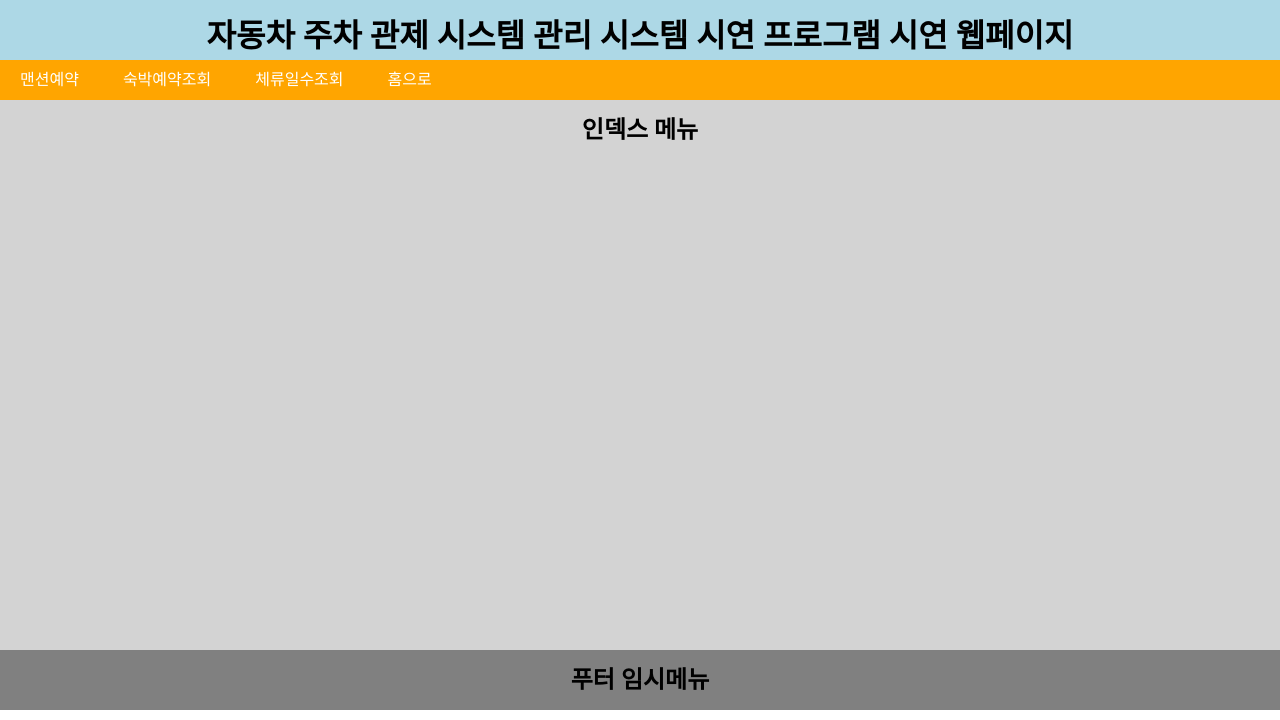
Repository: Ghraminal/mytest
Page: http://localhost/farking/
The author's editor kept a copy of each file at every save. The page is drawn from the files as they stood at one save, then again after the next save.
The browser window is 1280 px wide. The pictures show the whole page.
The page is served by Tomcat 9.

Above is the page before, as saved 2025-08-18 01:47:32.

### farking/src/main/webapp/index.jsp
<%@ page language="java" contentType="text/html; charset=UTF-8"
    pageEncoding="UTF-8"%>
<!DOCTYPE html>
<html>
<head>
<meta charset="UTF-8">
<title>Insert title here</title>
<style>
	*{
		margin: 0;
		padding: 0;
		list-style: none;
		text-decoration: none;
		box-sizing: border-box;
	}
	section{
		width: 100%;
		height: calc(100vh - 170px);
		background-color: lightgray;
	}
	h1{
		justify-content: center;
		text-align: center;
		padding: 10px;
	}
</style>
</head>
<body>
<jsp:include page="header.jsp"></jsp:include>
<jsp:include page="nav.jsp"></jsp:include>
<section>

<h1>인덱스 메뉴</h1>

</section>
<jsp:include page="footer.jsp"></jsp:include>
</body>
</html>

### farking/src/main/webapp/header.jsp
<%@ page language="java" contentType="text/html; charset=UTF-8"
    pageEncoding="UTF-8"%>
<!DOCTYPE html>
<html>
<head>
<meta charset="UTF-8">
<title>Insert title here</title>
<style>
	*{
		margin: 0;
		padding: 0;
		list-style: none;
		text-decoration: none;
		box-sizing: border-box;
	}
	header{
		width: 100%;
		height: 60px;
		background-color: lightblue;
	}
	h1{
		justify-content: center;
		text-align: center;
		padding: 10px;
	}
</style>
</head>
<body>
<header>
	<h1>자동차 주차 관제 시스템 관리 시스템 시연 프로그램 시연 웹페이지</h1>
</header>

</body>
</html>

### farking/src/main/webapp/nav.jsp
<%@ page language="java" contentType="text/html; charset=UTF-8"
	pageEncoding="UTF-8"%>
<!DOCTYPE html>
<html>
<head>
<meta charset="UTF-8">
<title>nav</title>
<style>
nav {
	width: 100%;
	height: 40px;
	background-color: orange;
	line-height: 40px;
}

nav a {
	color: white;
	padding: 0 20px;
}
</style>
</head>
<body>
	<nav>
		<a href="insert.jsp">맨션예약</a>
		<a href="list">숙박예약조회</a>
		<a href="out.jsp">체류일수조회</a>
		<a href="index.jsp">홈으로</a>
	</nav>
</body>
</html>

### farking/src/main/webapp/footer.jsp
<%@ page language="java" contentType="text/html; charset=UTF-8"
    pageEncoding="UTF-8"%>
<!DOCTYPE html>
<html>
<head>
<meta charset="UTF-8">
<title>Insert title here</title>
<style>
	*{
		margin: 0;
		padding: 0;
		list-style: none;
		text-decoration: none;
		box-sizing: border-box;
	}
	footer{
		width: 100%;
		height: 60px;
		background-color: gray;
	}
	h2{
		justify-content: center;
		text-align: center;
		padding: 10px;
	}
</style>
</head>
<body>
<footer>
<h2>푸터 임시메뉴</h2>
</footer>

</body>
</html>

After the next save:
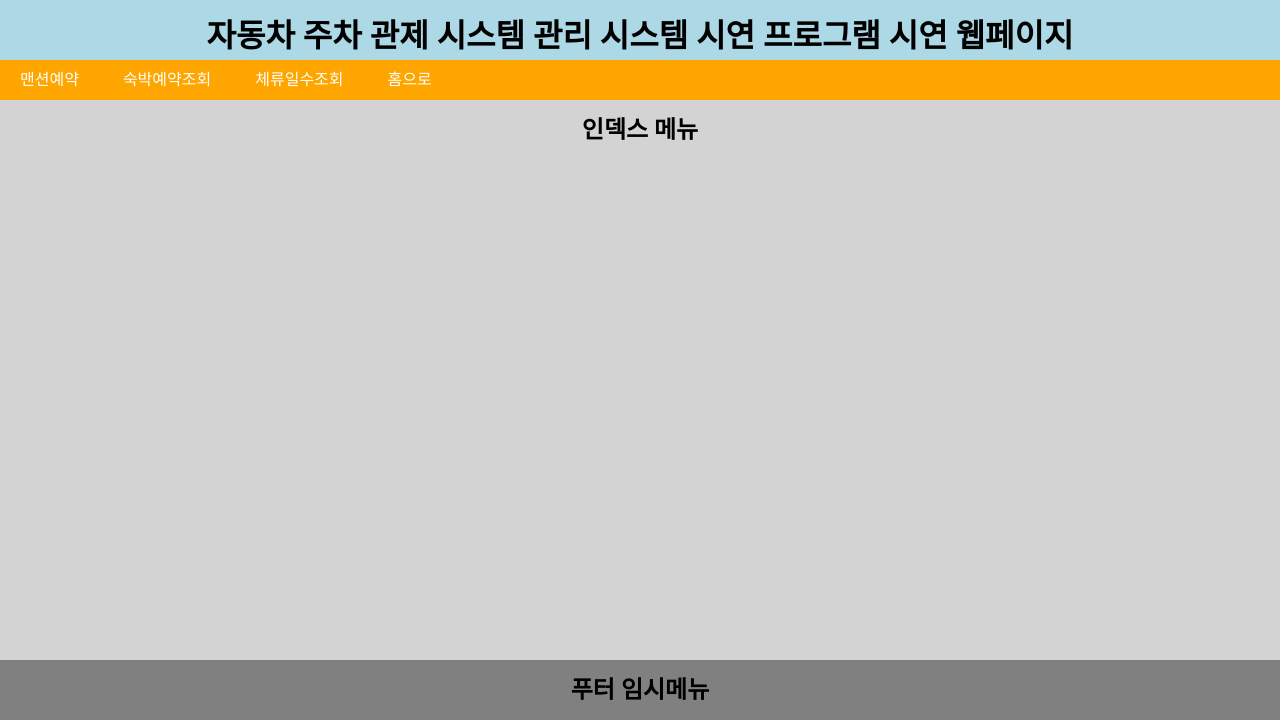
Saved 22 h 29 min later.
--- a/farking/src/main/webapp/index.jsp
+++ b/farking/src/main/webapp/index.jsp
@@ -15,7 +15,7 @@
 	}
 	section{
 		width: 100%;
-		height: calc(100vh - 170px);
+		height: calc(100vh - 160px);
 		background-color: lightgray;
 	}
 	h1{
